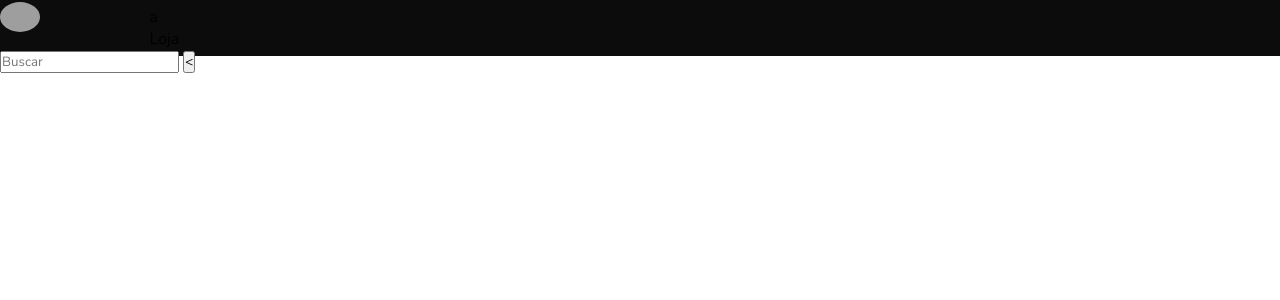
Repository: analessp/dicriastreet
Page: index.html
These files come from the project's save history. The page is drawn as it stood at one moment and after the next save; the edit follows.
The browser window is 1280 px wide. The pictures show the whole page.
Pictures or frames that could not be fetched are drawn as grey boxes.

Above is the page before, as saved 2025-04-17 11:24:28.

After the next save:
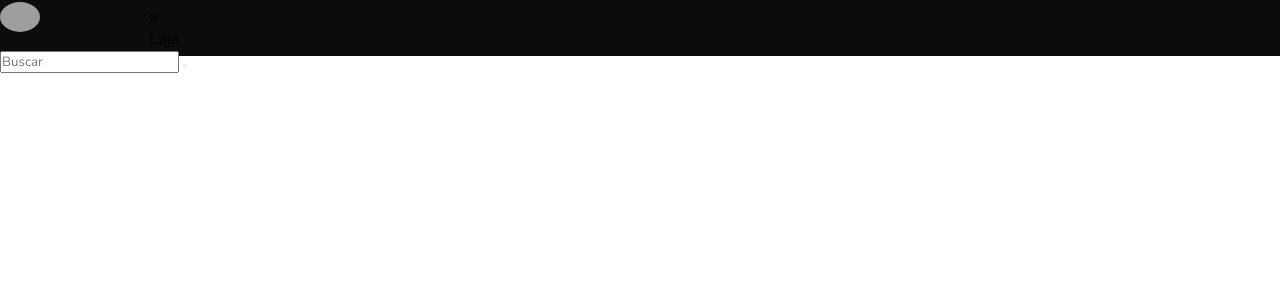
Saved 4 s later.
--- a/index.html
+++ b/index.html
@@ -25,7 +25,7 @@
         <div id="header-search-bar">
             <input type="text" placeholder="Buscar">
             <button>
-                <
+                <im
         </div>
     </header>
     <main></main>
